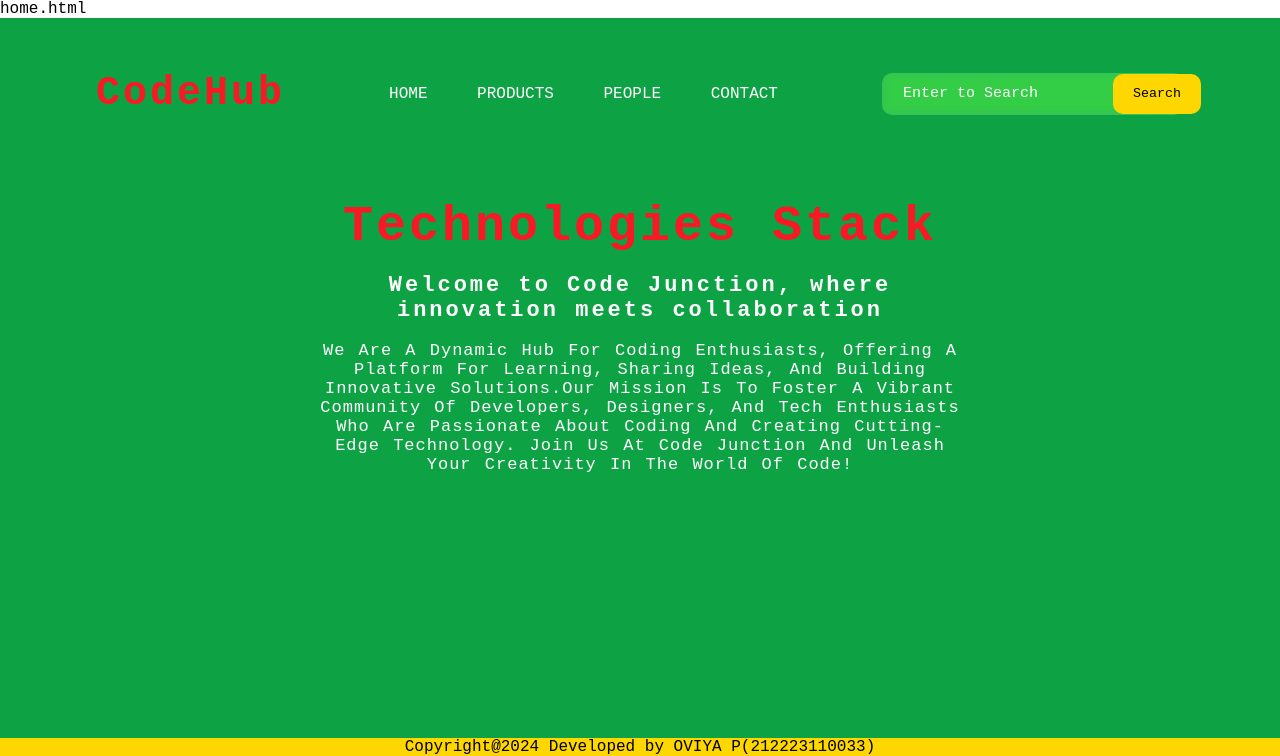
Repository: Oviya24032K6/softweb
Page: oviya/softapp/static/home.html
The author's editor kept a copy of each file at every save. The page is drawn from the files as they stood at one save, then again after the next save.
The browser window is 1280 px wide. The pictures show the whole page.

Above is the page before, as saved 2024-04-25 22:29:52.

After the next save:
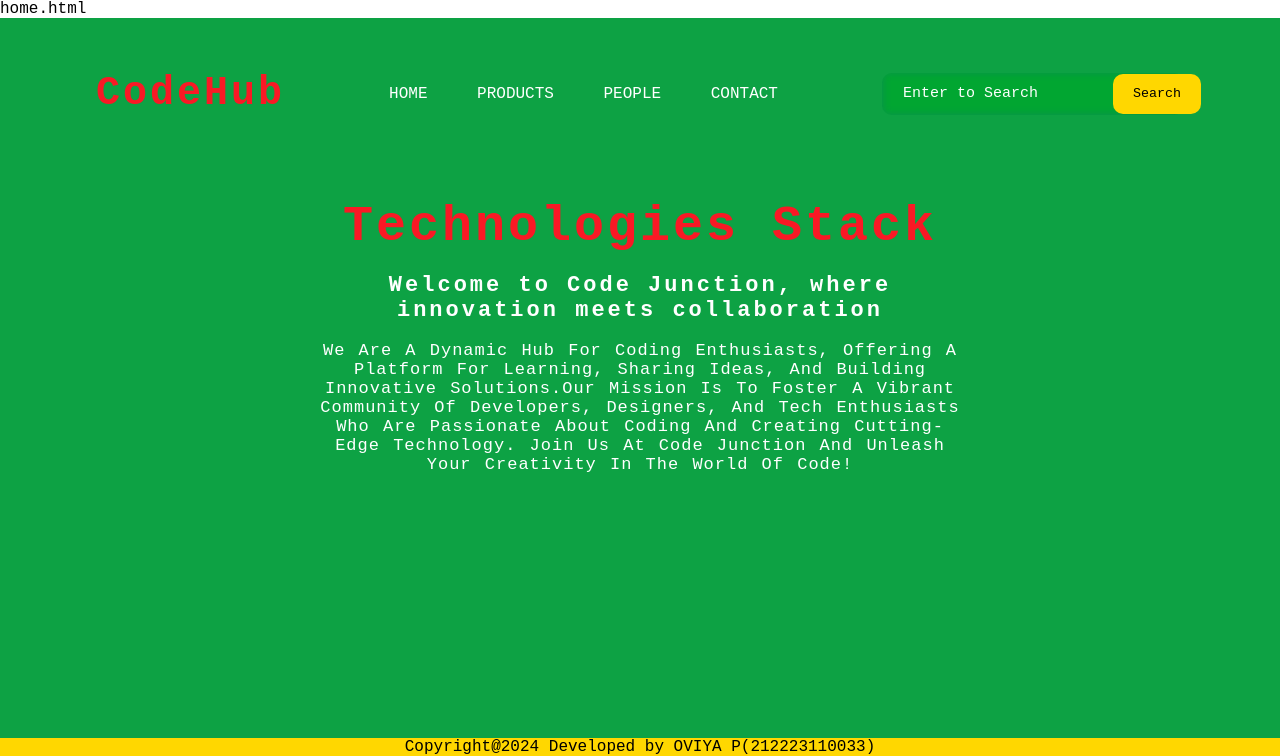
Saved 9 s later.
--- a/oviya/softapp/static/home.html
+++ b/oviya/softapp/static/home.html
@@ -38,7 +38,7 @@ home.html
                 width: 300px;
                 height: 40px;
                 display: flex;
-                background: rgba(255, 255, 255, 0.2);
+                background: rgba(6, 60, 152, 0.2);
                 padding: 1px 1px;
                 font-size: 15px;
                 border-radius: 10px;
